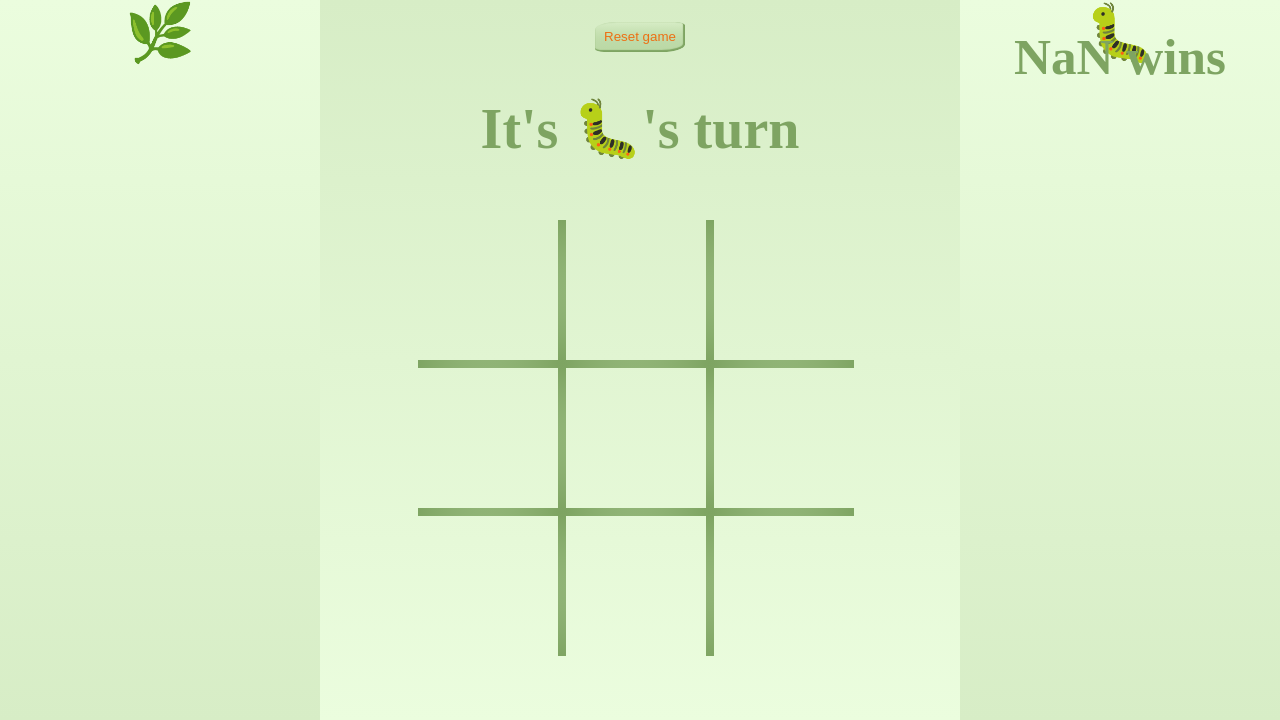
Repository: AsherSpurr/tic-tac-toe
Page: index.html
The author's editor kept a copy of each file at every save. The page is drawn from the files as they stood at one save, then again after a run of saves.
The browser window is 1280 px wide. The pictures show the whole page.
Some web fonts or font styles are not loaded; a fallback is used.

Above is the page before, as saved 2024-01-14 13:46:51.

### index.html
<!DOCTYPE html>
<html lang="en">
<head>
    <meta charset="UTF-8">
    <meta name="viewport" content="width=device-width, initial-scale=1.0">
    <link rel="stylesheet" type="text/css" href="styles.css">
    <link rel="preconnect" href="https://fonts.googleapis.com">
    <link rel="preconnect" href="https://fonts.gstatic.com" crossorigin>
    <link href="https://fonts.googleapis.com/css2?family=Bad+Script&family=Poppins:wght@300&display=swap" rel="stylesheet">
    <title>Two player tic tac toe</title>
</head>
<body">
    <section class="column" id="left-column">
        <article class="player-box" id="player1">
            <h3 class="player" id="player1-icon">🌿</h3>
            <h4 class="wins" id="player1-wins"></h4>
        </article>
    </section>
    <section class="game-play">
        <div class="reset-container">
            <button class="reset-button">Reset game</button>
        </div>
        <h1 class="welcome-message">✨Tic Tac Toe✨</h1>
        <h2 class="turns hidden">It's 🐛's turn</h2>
        <section class="gameboard-container">
            <div class="cell" id="cell1"></div>
            <div class="cell" id="cell2"></div>
            <div class="cell" id="cell3"></div>
            <div class="cell" id="cell4"></div>
            <div class="cell" id="cell5"></div>
            <div class="cell" id="cell6"></div>
            <div class="cell" id="cell7"></div>
            <div class="cell" id="cell8"></div>
            <div class="cell" id="cell9"></div>
        </section>
    </section>
    <section class="column" id="right-column">
        <article class="player-box" id="player2">
            <h3 class="player" id="player2-icon">🐛</h3>
            <h4 class="wins" id="player2-wins"></h4>
        </article>
    </section>
</body>
    <script type="text/javascript" src="main.js"></script>
</html>

### styles.css
body {
    height: 100%;
    width: 100%;
    margin: 0;
    font-family: 'Bad Script';
    color: #7ea462;
}

.column {
    background-image: linear-gradient(#ebfdde, #d7edc6);
    height: 100vh;
    width: 25vw;
}

#left-column {
    float: left;
}

#right-column {
    float: right;
}

.game-play {
    background-image: linear-gradient(#d7edc6, #ebfdde);
    height: 100vh;
    width: 50vw;
    float: inline-start;
    display: flex;
    align-items: center;
    flex-direction: column;
    justify-content: space-around;
}

.gameboard-container {
    display: flex;
    flex-wrap: wrap;
    width: 444px;
    height: 366px;
    margin-bottom: 8em;
}

.cell {
    display: flex;
    justify-content: center;
    align-items: center;
    background-color: transparent;
    border-style: solid;
    border-width: 4px;
    border-image: radial-gradient(#bad8a4, #7ea462) 1;
    height: 140px;
    width: 140px;
    font-size: 80px;
}

.player-box {
    display: flex;
    align-items: center;
    flex-direction: column;
    margin: 0;
}

.player {
    font-size: 350%;
    margin: 0;
    margin-bottom: -.70em;
}

.wins {
    font-size: 320%;
    margin: 0;
}

.welcome-message,
.turns {
    font-size: 350%;
    max-height: 20vh;
    margin-top: 5%;
}

.reset-container {
    display: flex;
    align-items: end;
    margin-top: 1em;

}

.reset-button {
    color: #ed7014;
    height: 30px;
    width: 90px;
    border-radius: 25% 10%;
    border: 1px transparent;
    background-image: linear-gradient(0deg, #bad8a4, 70%, #d7edc6);
    box-shadow: inset -1px -1px 1px 1px #7ea462;
}

.cell:nth-child(1) {
    border-top: transparent;
    border-left: transparent;
}


.cell:nth-child(2) {
    border-top: transparent;
}


.cell:nth-child(3) {
    border-top: transparent;
    border-right: transparent;
}


.cell:nth-child(4) {
    border-left: transparent;
}


.cell:nth-child(6) {
    border-right: transparent;
}


.cell:nth-child(7) {
    border-left: transparent;
    border-bottom: transparent;
}


.cell:nth-child(8) {
    border-bottom: transparent;
}


.cell:nth-child(9) {
    border-bottom: transparent;
    border-right: transparent;
}


.hidden {
    display: none;
}

### main.js
var players = [
    {
        name: 'player1',
        icon: '🌿',
        isTurn: false,
        hasWon: false,
        plays: [],
        wins: 0
    },
    {
        name: 'player2',
        icon: '🐛',
        isTurn: true,
        hasWon: false,
        plays: [],
        wins: 0
    }
]

var winningCombos = [
    ['cell1', 'cell2', 'cell3'],
    ['cell4', 'cell5', 'cell6'],
    ['cell7', 'cell8', 'cell9'],
    ['cell1', 'cell4', 'cell7'],
    ['cell2', 'cell5', 'cell8'],
    ['cell3', 'cell6', 'cell9'],
    ['cell1', 'cell5', 'cell9'],
    ['cell3', 'cell5', 'cell7'],
]

var welcomeMessage = document.querySelector('.welcome-message')
var turns = document.querySelector('.turns')
var gameBoard = document.querySelector('.gameboard-container')
var winsPlayer1 = document.getElementById('player1-wins')
var winsPlayer2 = document.getElementById('player2-wins')

window.addEventListener('load', refreshWins)

gameBoard.addEventListener('click', (event) => {
    checkforPlay(event)
});

setTimeout(replaceDisplayMessage, 1500)

function replaceDisplayMessage() {
    turns.classList.remove('hidden')
    welcomeMessage.classList.add('hidden')
}

function checkforPlay(event) {
    localStorage.setItem('wins0', players[0].wins)
    localStorage.setItem('wins1', players[1].wins)
    var event = event.target.closest('div')
    for (var i = 0; i < players.length; i++) {
        if (players[0].hasWon === true || players[1].hasWon === true) {
            break
        }
        if (players[i].isTurn === true && event.innerText === '') {
            renderCellIcon(event, players[i])
            trackPlay(event, players[i])
            changeTurn()
            trackWins(players[i])
        }
    }
}

function renderCellIcon(event, player) {
    event.innerText = `${player.icon}`
}

function trackPlay(event, player) {
    player.plays.push(event.id)
}

function changeTurn() {
    for (var i = 0; i < players.length; i++) {
        players[i].isTurn = !players[i].isTurn
        renderTurnIcon()
    }
}

function renderTurnIcon() {
    for (var i = 0; i < players.length; i++) {
        if (players[i].isTurn === true) {
            turns.innerText = `It's ${players[i].icon}'s turn`
        }
    }
}

function trackWins(player) {
    for (var i = 0; i < winningCombos.length; i++) {
        counter = 0;
        for (var j = 0; j < player.plays.length; j++) {
            if (winningCombos[i].includes(player.plays[j])) {
                counter++
            }
            if (counter === 3) {
                player.hasWon = true
                // console.log(`line 102: ${player.wins}`)
                player.wins++
                // storeWinsLocally(player)
                refreshWins(player)
                renderWinner(player)
                renderWins(player)
                setTimeout(reloadGameboard, 1500)
            }
        }
    }
    isDraw(player)
}
// function storeWinsLocally() {
//     for(var i = 0; i < players.length; i++) {
//         if(players[i].name === 'player1') {
//             localStorage.setItem('wins0', players[i].wins)
//         }
//         else {
//             localStorage.setItem('wins1', players[i].wins)
//         }
//     }
//     console.log(`wins0: ${localStorage.wins0}`)
//     console.log(`wins1: ${localStorage.wins1}`)
//     refreshWins()
// }

function refreshWins(player) {
    var wins0 = parseInt(localStorage.getItem('wins0'))
    var wins1 = parseInt(localStorage.getItem('wins1'))
    if(player.name === 'player1') {
        players[0].wins = wins0
    }
    else {
    players[1].wins = wins1
    }
    renderWins(player)
    // renderWins(players[1])
}

function isDraw(player) {
    if (player.plays.length === 5 && !player.hasWon) {
        declareDraw()
        setTimeout(reloadGameboard, 1500)
    }
}

function renderWinner(player) {
    turns.innerText = `${player.icon} won!`
}

function declareDraw() {
    turns.innerText = `Draw!`
}

function reloadGameboard() {
    for (var i = 0; i < players.length; i++) {
        if (players[i].hasWon === true || players[i].plays.length === 5) {
            for (var child of gameBoard.children) {
                child.innerText = ""
            }
            resetInitialValues()
            renderTurnIcon()
        }

    }
}

function resetInitialValues() {
    for (var i = 0; i < players.length; i++) {
        players[i].hasWon = false
        players[i].plays.splice(0, players[i].plays.length)
    }
}

function renderWins(player) {
    if (player.name === 'player1') {
        winsPlayer1.innerText = `${players[0].wins} wins`
    }
    else {
        winsPlayer2.innerText = `${players[1].wins} wins`
    }
}

After the next 2 saves:
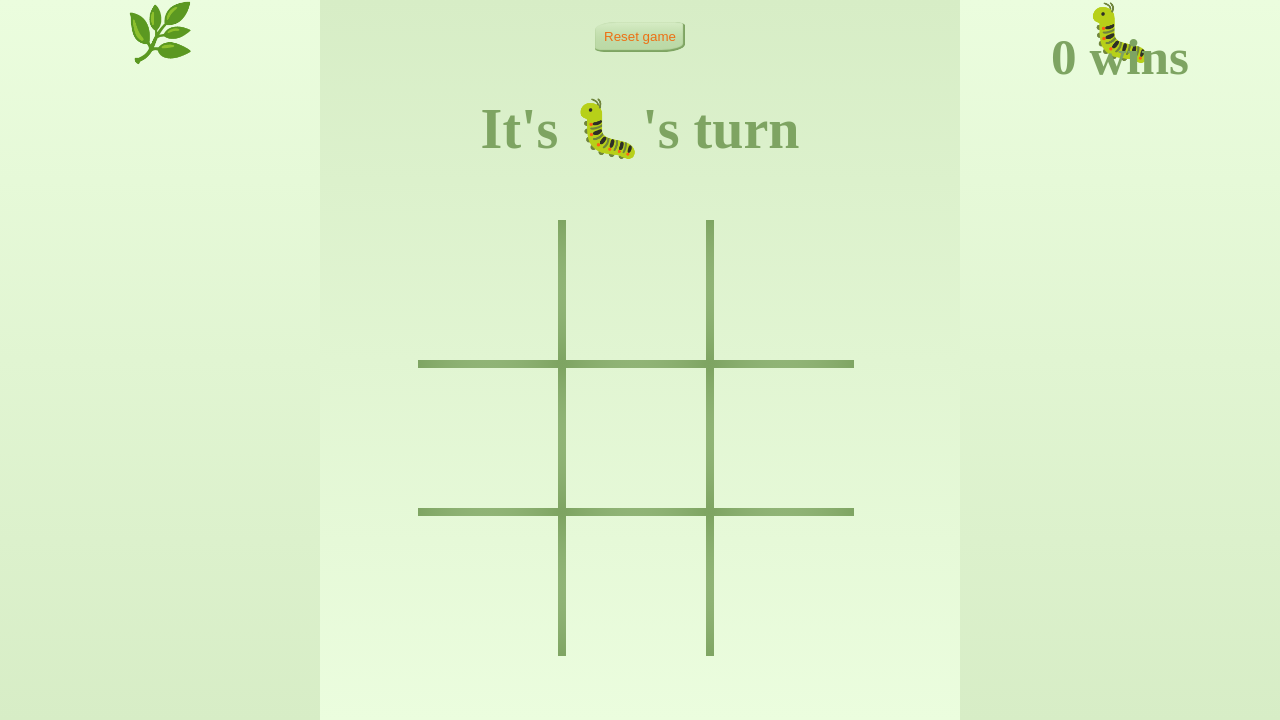
The 2 saves are shown as one change because they came seconds apart.
The last was saved 74 s later.
--- a/main.js
+++ b/main.js
@@ -126,10 +126,10 @@ function refreshWins(player) {
     var wins0 = parseInt(localStorage.getItem('wins0'))
     var wins1 = parseInt(localStorage.getItem('wins1'))
     if(player.name === 'player1') {
-        players[0].wins = wins0
+        player.wins = wins0
     }
     else {
-    players[1].wins = wins1
+    player.wins = wins1
     }
     renderWins(player)
     // renderWins(players[1])
